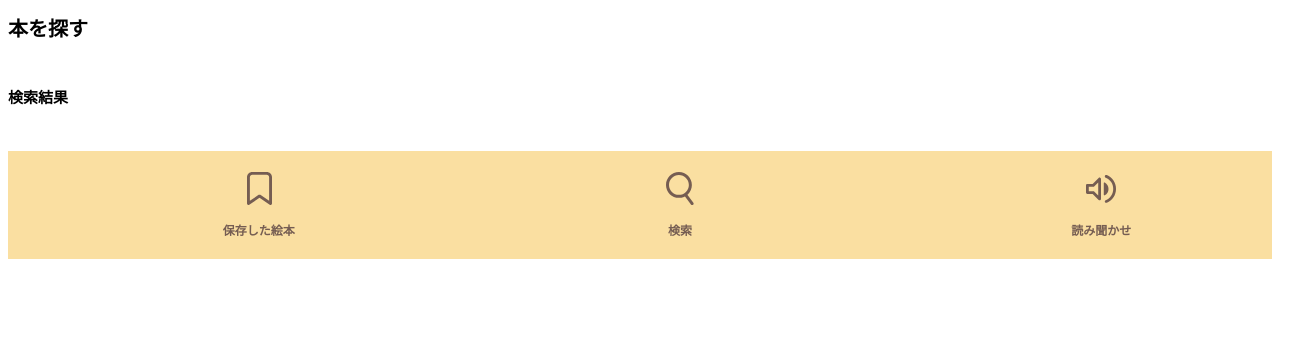
Repository: kmii12/2024-teampj
Page: /result
An editor plug-in stored every save of this project. The page is shown before and after the next save, followed by the edit.
The browser window is 1280 px wide. The page is 1312 px wide, so the pictures cover 1312 px, including what lies to the right of the window. The pictures show the whole page.
Some web fonts or font styles are not loaded; a fallback is used. The project was rebuilt for these pictures with package versions that can differ from the ones it lists, and the page was loaded fresh each time. The framework's server and built-in components were replaced by stand-ins that run in the browser. Also part of the build but not shown: next.config.mjs.

Above is the page before, as saved 2024-10-23 09:45:00.

### src/app/result/page.tsx
"use client";

import Link from "next/link";
import styles from "./Result.module.scss";
import { usePathname } from "next/navigation";

export default function Result() {
  const pathname = usePathname();

  //ダミーデータ（あとからfirebaseから取得）
  const ResultDatas = [
    {
      id: 1,
      title: "桃太郎",
      writer: "不明",
      illustrator: "不明",
      livingThing: ["人間", "陸の生き物", "空の生き物"],
      mainCharacter: "桃太郎",
      character: [
        "桃太郎",
        "犬",
        "猿",
        "キジ",
        "鬼",
        "おじいさん",
        "おばあさん",
      ],
      genre: "昔話",
      location: "日本",
      hue: "不明",
      atmosphere: "",
      season: "不明",
    },
    {
      id: 2,
      title: "赤ずきん",
      writer: "不明",
      illustrator: "不明",
      livingThing: ["人間", "陸の生き物", "空の生き物"],
      mainCharacter: "赤ずきん",
      character: ["赤ずきん", "おばあさん", "オオカミ"],
      hue: "不明",
      atmosphere: ["かわいい", "怖い"],
      genre: "昔話",
      location: "海外",
      season: "不明",
    },
  ];
  return (
    <>
      <h1>本を探す</h1>

      <div className={styles.resultContainer}>
        <h2>検索結果</h2>
      </div>
    </>
  );
}

### src/app/globals.css
html {
  font-size: 62.5%;
}

body {
  font-family: "Zen Maru Gothic", serif;
}

a {
  color: inherit;
  text-decoration: none;
}

li {
  list-style-type: none;
}

### src/app/components/Footer.tsx
"use client";

import Link from "next/link";
import styles from "./Footer.module.scss";
import { usePathname } from "next/navigation";

export default function Footer() {
  const pathname = usePathname();

  return (
    <footer className={styles.footer}>
      <nav>
        <ul>
          <li>
            <Link
              href="/saved"
              className={pathname === "/saved" ? styles.active : ""}
            >
              <svg
                xmlns="http://www.w3.org/2000/svg"
                width="40"
                height="40"
                viewBox="0 0 40 40"
                fill="none"
              >
                <path
                  d="M31.5577 36C31.2643 35.9944 30.9782 35.9096 30.7308 35.7549L20.5 28.7589L10.2692 35.7549C10.0433 35.8898 9.78379 35.9611 9.51923 35.9611C9.25467 35.9611 8.99521 35.8898 8.76923 35.7549C8.54791 35.643 8.3604 35.4762 8.22542 35.271C8.09043 35.0658 8.01271 34.8295 8 34.5857V8.18571C8 6.81038 8.55718 5.49137 9.54895 4.51886C10.5407 3.54635 11.8859 3 13.2885 3H27.7115C29.1141 3 30.4593 3.54635 31.451 4.51886C32.4428 5.49137 33 6.81038 33 8.18571V34.5857C33.001 34.8425 32.9297 35.0945 32.7939 35.3141C32.6582 35.5337 32.4633 35.7123 32.2308 35.8303C32.0245 35.9413 31.793 35.9996 31.5577 36ZM20.5 25.6286C20.7947 25.6255 21.0833 25.7111 21.3269 25.8737L30.1154 31.8703V8.18571C30.1154 7.56056 29.8621 6.96101 29.4113 6.51896C28.9605 6.07691 28.3491 5.82857 27.7115 5.82857H13.2885C12.6509 5.82857 12.0395 6.07691 11.5887 6.51896C11.1379 6.96101 10.8846 7.56056 10.8846 8.18571V31.8703L19.6731 25.8737C19.9167 25.7111 20.2053 25.6255 20.5 25.6286Z"
                  fill={pathname === "/saved" ? "#c96868" : "#755D52"}
                />
              </svg>
              <p
                style={{
                  color: pathname === "/saved" ? "#c96868" : "#755D52",
                }}
              >
                保存した絵本
              </p>
            </Link>
          </li>
          <li>
            <Link href="/" className={pathname === "/" ? styles.active : ""}>
              <svg
                xmlns="http://www.w3.org/2000/svg"
                width="40"
                height="40"
                viewBox="0 0 40 40"
                fill="none"
              >
                <path
                  fillRule="evenodd"
                  clipRule="evenodd"
                  d="M18.9346 25.8692C24.4214 25.8692 28.8692 21.4214 28.8692 15.9346C28.8692 10.4479 24.4214 6 18.9346 6C13.4479 6 9 10.4479 9 15.9346C9 21.4214 13.4479 25.8692 18.9346 25.8692ZM18.9346 28.8692C26.0782 28.8692 31.8692 23.0782 31.8692 15.9346C31.8692 8.79103 26.0782 3 18.9346 3C11.791 3 6 8.79103 6 15.9346C6 23.0782 11.791 28.8692 18.9346 28.8692Z"
                  fill={pathname === "/" ? "#c96868" : "#755D52"}
                />
                <path
                  fillRule="evenodd"
                  clipRule="evenodd"
                  d="M33.0447 35.7533C32.3807 36.2486 31.4408 36.1119 30.9455 35.4479L25.0052 27.4848C24.5099 26.8208 24.6466 25.881 25.3106 25.3856C25.9746 24.8903 26.9145 25.027 27.4098 25.691L33.3501 33.6541C33.8455 34.3181 33.7087 35.2579 33.0447 35.7533Z"
                  fill={pathname === "/" ? "#c96868" : "#755D52"}
                />
              </svg>
              <p
                style={{
                  color: pathname === "/" ? "#c96868" : "#755D52",
                }}
              >
                検索
              </p>
            </Link>
          </li>
          <li>
            <Link
              href="/read"
              className={pathname === "/read" ? styles.active : ""}
            >
              <svg
                xmlns="http://www.w3.org/2000/svg"
                width="40"
                height="40"
                viewBox="0 0 40 40"
                fill="none"
              >
                <path
                  d="M32.2221 19.8994C32.2221 17.3902 31.5324 15.124 30.1529 13.1006C28.7732 11.0776 26.9538 9.59382 24.6946 8.64937C24.3335 8.49187 24.0742 8.24423 23.9167 7.90646C23.7592 7.5684 23.7499 7.22812 23.8888 6.88562C24.0371 6.51507 24.2987 6.25576 24.6737 6.10771C25.0487 5.95965 25.4307 5.96424 25.8196 6.12146C28.5879 7.27896 30.8101 9.10076 32.4862 11.5869C34.1621 14.073 35 16.8438 35 19.8994C35 22.9549 34.1621 25.7258 32.4862 28.2119C30.8101 30.698 28.5879 32.5198 25.8196 33.6773C25.4307 33.8345 25.0487 33.8391 24.6737 33.691C24.2987 33.543 24.0371 33.2837 23.8888 32.9131C23.7499 32.5706 23.7592 32.2303 23.9167 31.8923C24.0742 31.5545 24.3335 31.3069 24.6946 31.1494C26.9538 30.2049 28.7732 28.7212 30.1529 26.6981C31.5324 24.6748 32.2221 22.4085 32.2221 19.8994ZM11.6667 24.941H6.38875C5.99069 24.941 5.65972 24.8091 5.39583 24.5452C5.13194 24.2813 5 23.9503 5 23.5523V16.3298C5 15.9317 5.13194 15.6008 5.39583 15.3369C5.65972 15.073 5.99069 14.941 6.38875 14.941H11.6667L17.6388 8.96896C18.074 8.53368 18.5764 8.4341 19.1458 8.67021C19.7153 8.90632 20 9.33451 20 9.95479V29.9273C20 30.5476 19.7153 30.9758 19.1458 31.2119C18.5764 31.448 18.074 31.3484 17.6388 30.9131L11.6667 24.941ZM27.5 19.941C27.5 21.293 27.1713 22.5315 26.5138 23.6565C25.8565 24.7815 24.9492 25.6587 23.7917 26.2881C23.5508 26.4178 23.3217 26.4109 23.1042 26.2673C22.8867 26.124 22.7779 25.9226 22.7779 25.6631V14.1631C22.7779 13.904 22.8867 13.7026 23.1042 13.559C23.3217 13.4156 23.5508 13.4087 23.7917 13.5381C24.9492 14.177 25.8565 15.0706 26.5138 16.219C27.1713 17.367 27.5 18.6077 27.5 19.941ZM17.2221 13.5244L12.8887 17.719H7.77792V22.1631H12.8887L17.2221 26.3856V13.5244Z"
                  fill={pathname === "/read" ? "#c96868" : "#755D52"}
                />
              </svg>
              <p
                style={{
                  color: pathname === "/read" ? "#c96868" : "#755D52",
                }}
              >
                読み聞かせ
              </p>
            </Link>
          </li>
        </ul>
      </nav>
    </footer>
  );
}

### src/app/result/Result.module.scss
@import "../styles/variables.scss";

.resultContainer {
  margin: 44px 0; //resultPage全ての上下の余白
  // border: 1px solid #000;
}

### src/app/components/Footer.module.scss
@import "../styles/variables.scss";

.footer {
  width: 100%;
  height: 14vh;
  padding-top: 1vh;
  background-color: $main;
  nav {
    width: inherit;
    height: inherit;
    ul {
      width: inherit;
      height: auto;
      display: flex;
      justify-content: space-around;
      align-items: center;
      li {
        width: calc(100% / 3);
        a {
          display: flex;
          flex-direction: column;
          justify-content: center;
          align-items: center;
          p {
            font-size: 1.2rem;
            font-weight: bold;
          }
        }
      }
    }
  }
}

### src/app/styles/variables.scss
// sassでカラーを使用するとき用

// 使用するファイルで最初に下記を記述
// コンポーネント用 → @import "../styles/variables.scss";
// ページ用 → @import "./styles/variables.scss";

$base: #fff4ea;
$main: #fadfa1;
$sub: #c96868;
$accent: #7eacb5;
$text: #755d52;

Loaded but not shown: src/app/layout.tsx (common file)

After the next save:
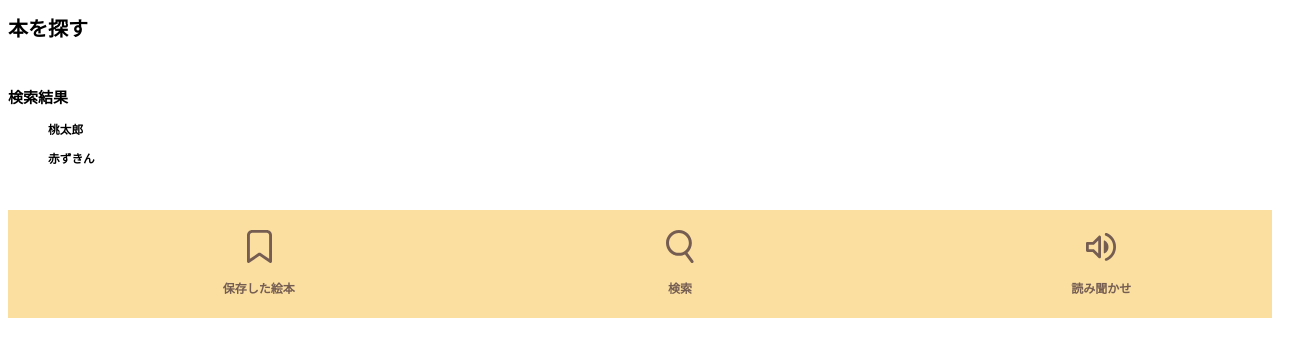
Saved 5 min 36 s later.
--- a/src/app/result/page.tsx
+++ b/src/app/result/page.tsx
@@ -52,6 +52,13 @@ export default function Result() {
 
       <div className={styles.resultContainer}>
         <h2>検索結果</h2>
+        <ul style={styles.list}>
+          {ResultDatas.map((result) => (
+            <li key={result.id} style={styles.listItem}>
+              <h3 style={styles.title}>{result.title}</h3>
+            </li>
+          ))}
+        </ul>
       </div>
     </>
   );
